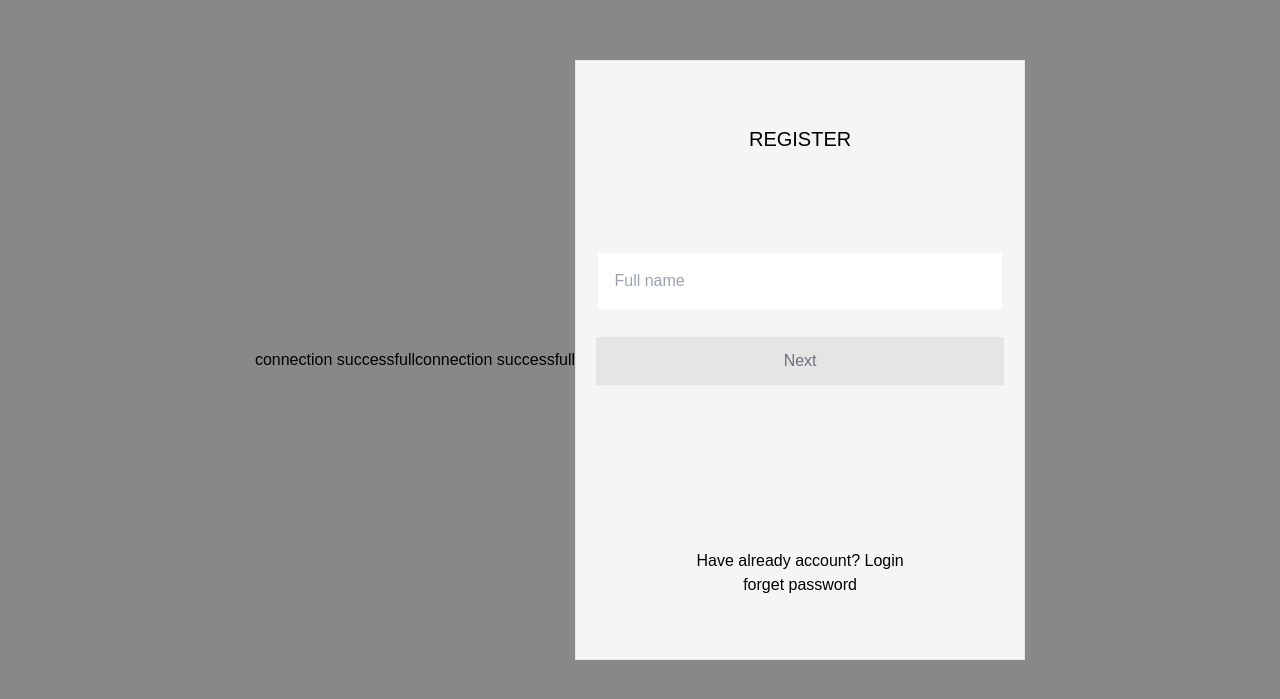
Repository: hsumyatm7308/oop-loginregister-php
Page: http://localhost/register.php
An editor plug-in stored every save of this project. The page is shown before and after the next save, followed by the edit.
The browser window is 1280 px wide. The pictures show the whole page.
Some web libraries are served in a nearby version. The page is run by PHP 8.4 with error messages shown; the project is at /var/www/html/.

Above is the page before, as saved 2023-08-01 18:37:44.

After the next save:
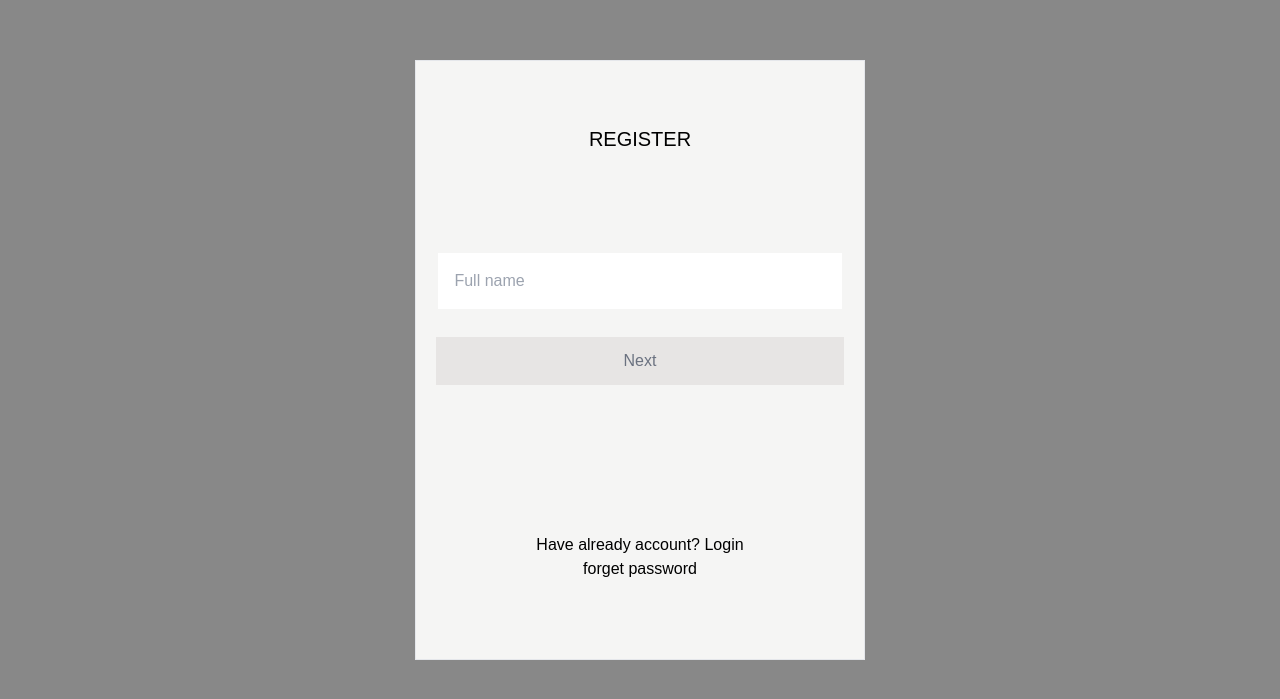
Saved 16 s later.
--- a/oopfunction.php
+++ b/oopfunction.php
@@ -19,7 +19,7 @@ class Connection
             $this->conn = new PDO("mysql:dbhost=$this->dbhost;dbname=$this->dbname", $this->dbuser, $this->password);
             $this->conn->setAttribute(PDO::ATTR_ERRMODE, PDO::ERRMODE_EXCEPTION);
 
-            echo "connection successfull";
+            // echo "connection successfull";
 
 
         } catch (Exception $e) {
